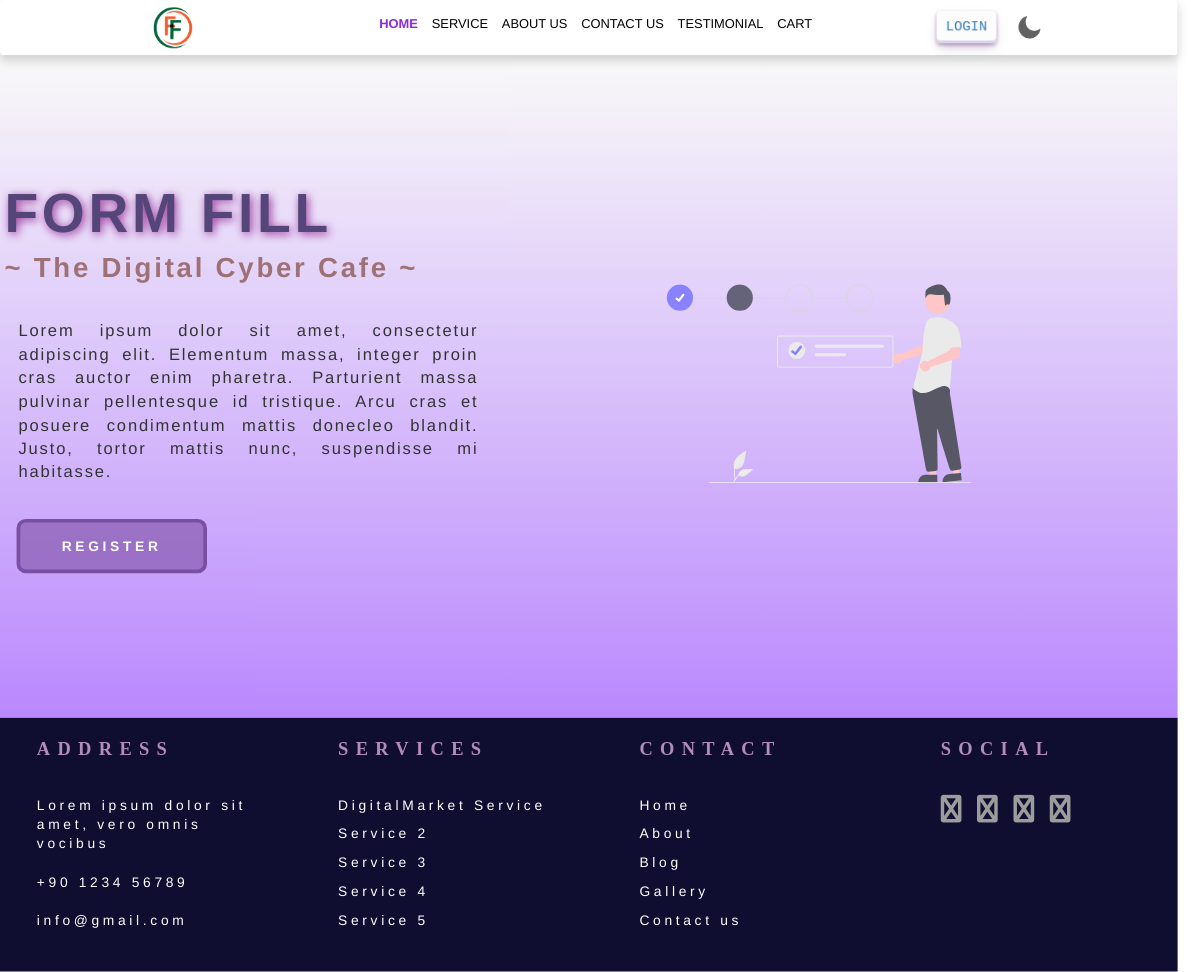
Repository: codervivek5/Formfil
Page: index.html
The author's editor kept a copy of each file at every save. The page is drawn from the files as they stood at one save, then again after a run of saves.
The browser window is 1280 px wide. The page is 1295 px wide, so the pictures cover 1295 px, including what lies to the right of the window. The pictures show the whole page, at 92% of full size.
Some web fonts or font styles are not loaded; a fallback is used.

Above is the page before, as saved 2023-03-04 21:01:55.

### index.html
<!DOCTYPE html>
<html lang="en">

<head>
	<meta charset="UTF-8" />
	<meta http-equiv="X-UA-Compatible" content="IE=edge" />
	<meta name="viewport" content="width=device-width, initial-scale=1.0" />
	<title>Home-FormFil</title>
	<link rel="stylesheet" href="style/style.css" />
     <link rel="stylesheet" href="style/theme.css">

	<link rel="stylesheet" href="https://maxcdn.bootstrapcdn.com/bootstrap/3.4.1/css/bootstrap.min.css">
	<script src="https://ajax.googleapis.com/ajax/libs/jquery/3.6.0/jquery.min.js"></script>
     <script src="https://maxcdn.bootstrapcdn.com/bootstrap/3.4.1/js/bootstrap.min.js"></script>

	<link rel="stylesheet" href="https://fonts.googleapis.com/css?family=Trirong" />
	<link rel="icon" type="image/x-icon" href="./img/crop_logo.png" />
	<link rel="stylesheet" href="https://cdnjs.cloudflare.com/ajax/libs/font-awesome/6.2.1/css/all.min.css">
</head>

<body>

    <div class="loader">
          <img class= "imgload" src="img/logo.png"  alt="">
     </div>

     <header class="navbar">
      <a href="index.html"><img class="logo" src="img/logo.png" width="100px" height="100px" /></a>

      <div class="navbar-opt">
        <ul class="navbar-list">
          <li><a href="index.html" class="nav-link active">HOME</a></li>
          <li><a href="pages/service.html" class="nav-link">SERVICE </a></li>
          <li><a href="pages/about_us.html" class="nav-link">ABOUT US </a></li>
          <li><a href="pages/contact-us.html" class="nav-link">CONTACT US </a></li>
          <li><a href="pages/testimonial.html" class="nav-link">TESTIMONIAL</a></li>
          <li><a href="pages/cart.html" class="nav-link">CART</a></li>
        </ul>
      </div>

      <div class="fixed-buttons">
        <button><a href="pages/login.html" class="lgn">LOGIN</a></button>
        <img src="img/moon.png" id="icon">
      </div>

      <div class="mobile-menu">
        <ion-icon name="menu-outline" class="menu-icon"></ion-icon>
        <ion-icon name="close-outline" class="menu-icon"></ion-icon>
      </div>

     </header>

	<div class="main">

		<div class="container">
			<div class="content">
				<h1>FORM FILL</h1>
				<h2>~ The Digital Cyber Cafe ~</h2>
				<p class="para">
					Lorem ipsum dolor sit amet, consectetur adipiscing elit.
          Elementum massa, integer proin cras auctor enim pharetra.
					Parturient massa pulvinar pellentesque id tristique.
          Arcu cras et posuere condimentum mattis donecleo blandit.
          Justo, tortor mattis nunc, suspendisse mi habitasse.
				</p>
				<div class="btn">
					<a href="pages/signup.html"> <button class="btn1 button">REGISTER</button></a>
				</div>
			</div>
			<div class="shipp">
				<img src="img/svg.svg" />
        <!-- <img src="img/formfilSvg.svg" /> -->
			</div>
		</div>
	</div>

<!-- footer section -->
<footer>
    <div>
        <div class="row">
            <div class="col-lg-3 col-md-5 col-sm-4 col-xs-12">
                <ul class="adress">
                     <span>Address</span>
                     <li>
                        <p>Lorem ipsum dolor sit amet, vero omnis vocibus</p>
                      </li>

                      <li>
                        <p>+90 1234 56789</p>
                      </li>

                      <li>
                        <p>info@gmail.com</p>
                      </li>
                 </ul>
            </div>
            <div class="col-lg-3 col-md-5 col-sm-4 col-xs-12">
               <ul class="service">
                    <span>Services</span>
                    <li>
                       <a href="#">DigitalMarket Service</a>
                     </li>

                     <li>
                        <a href="#">Service 2</a>
                     </li>

                     <li>
                       <a href="#">Service 3</a>
                     </li>

                     <li>
                        <a href="#">Service 4 </a>
                     </li>

                     <li>
                       <a href="#">Service 5</a>
                    </li>
               </ul>
           </div>
            <div class="col-lg-3 col-md-3 col-sm-4 col-xs-12">
                <ul class="contact">
                     <span>Contact</span>
                     <li>
                        <a href="index.html">Home</a>
                      </li>

                      <li>
                         <a href="pages/about_us.html">About</a>
                      </li>

                      <li>
                        <a href="#">Blog</a>
                      </li>

                      <li>
                         <a href="#">Gallery </a>
                      </li>

                      <li>
                        <a href="pages/contact-us.html">Contact us</a>
                     </li>
                </ul>
            </div>

            <div class="col-lg-3 col-md-3 col-sm-4 col-xs-12">
               <ul class="social">
                    <span>Social</span>
                    <li>
                         <a href="https://www.facebook.com/codervivek"  target="_blank"><i class="fa fa-facebook fa-2x"></i></a>
                    </li>

                    <li>
                         <a href="https://github.com/codervivek5" target="_blank"><i class="fa fa-github fa-2x"></i></a>
                    </li>

                    <li>
                         <a href="https://www.linkedin.com/in/codervivek/" target="_blank"><i class="fa fa-linkedin fa-2x"></i></a>
                    </li>

                    <li>
                         <a href="https://twitter.com/codervivek5" target="_blank"><i class="fa fa-twitter fa-2x"></i></a>
                    </li>

                    <li>
                         <a href="https://www.youtube.com/codervivek" target="_blank"><i class="fa fa-youtube-play fa-2x"></i></a>
                   </li>
                  </ul>
            </div>
       </div>
    </div>
    <button class="back-to-top hidden">
     <svg
     xmlns="http://www.w3.org/2000/svg"
     class="back-to-top-icon"
     fill="none"
     viewBox="0 0 24 24"
     stroke="currentColor"
   >
     <path
       stroke-linecap="round"
       stroke-linejoin="round"
       stroke-width="2"
       d="M7 11l5-5m0 0l5 5m-5-5v12"
     />
   </svg></button>
</footer>


<script>

     // Javascript Code for Dark Mode Switch
	var icon = document.getElementById("icon");
	icon.onclick = function(){
		document.body.classList.toggle("dark-mode");
		if (document.body.classList.contains("dark-mode")){
			icon.src="img/sun.png";
		}
		else {
			icon.src="img/moon.png";
		}
	}
  //javascript for loader
  $(document).ready(function() {
      // Animate loader off screen
   setTimeout(function() {
    $(".loader").fadeOut("slow");
   }, 0);
  });
      // Javascript Code for Scroll to top Button
      const showOnPx = 100;
      const backToTopButton = document.querySelector(".back-to-top")

     const scrollContainer = () => {
       return document.documentElement || document.body;
      };

 document.addEventListener("scroll", () => {
   if (scrollContainer().scrollTop > showOnPx) {
     backToTopButton.classList.remove("hidden")
   } else {
     backToTopButton.classList.add("hidden")
   }
 })
 const goToTop = () => {
   document.body.scrollIntoView({
     behavior: "smooth",
   });
 };
 backToTopButton.addEventListener("click", goToTop);

 const mobile_nav= document.querySelector('.mobile-menu');
const nav_header= document.querySelector(".navbar");

const toggleNav = () =>{
  nav_header.classList.toggle("switchOn");
}

mobile_nav.addEventListener('click', () => toggleNav());

</script>
<script type="module" src="https://unpkg.com/ionicons@5.5.2/dist/ionicons/ionicons.esm.js"></script>
<script nomodule src="https://unpkg.com/ionicons@5.5.2/dist/ionicons/ionicons.js"></script>
</body>
</html>

### style/style.css
@import url('https://fonts.googleapis.com/css2?family=Tilt+Prism&display=swap');

body{
	margin:0;
	padding:0;
	background:black;
font-family: 'Times New Roman', Times, serif;
overflow-x: hidden;
}
.main{
	position: relative;
	height:100%;
	width:100%;
	background-position: center;
	background-repeat: no-repeat;
	background-size: cover;
	opacity: 0.8;

}
.navbar{
    padding: 0 !important;
    padding: 0 3rem;
    height: 6rem;
    display: flex;
    justify-content: space-between;
    align-items: center;
    margin-bottom: 0 !important;
    box-shadow: 0px 5px 10px #48464640 !important;
    z-index: 999;
}

.navbar-opt{
    transition: all 0.5s;
  }

  .navbar-list{
    display: flex;
    gap: 1.5rem;
    list-style: none;
  }

  .fixed-buttons{
    display: flex;
    justify-content: center;
    align-items: center;
    column-gap: 1rem;
  }

  .active{
    font-weight: 700 !important;
  }

  .nav-link:link,
.nav-link:visited {
  display: inline-block;
  text-decoration: none;
  color: black;
}

.mobile-menu{
  display: none;
  background: transparent;
  cursor: pointer;
}

.menu-icon{
  width: 3.2rem;
  height: 3.2rem;
  z-index: 1000;
}

.menu-icon[name="close-outline"]{
  display: none;
}

.fixed-buttons button{
  align-items: center;
  appearance: none;
  background-color: #FCFCFD;
  border-radius: 4px;
  border-width: 0;
  box-shadow: #7b378e7b 0 2px 4px,#c1b6c4a8 0 7px 13px -3px,#D6D6E7 0 -3px 0 inset;
  box-sizing: border-box;
  color: #36395A;
  cursor: pointer;
  display: inline-flex;
  font-family: "JetBrains Mono",monospace;
  height: 3.5rem;
  justify-content: center;
  line-height: 1;
  list-style: none;
  overflow: hidden;
  padding-left: 1rem;
  padding-right: 1rem;
  position: relative;
  text-align: left;
  text-decoration: none;
  transition: box-shadow .15s,transform .15s;
  user-select: none;
  -webkit-user-select: none;
  touch-action: manipulation;
  white-space: nowrap;
  will-change: box-shadow,transform;
  font-size: 1.5rem;
}

.fixed-buttons button:focus {
    box-shadow: #D6D6E7 0 0 0 1.5px inset, rgba(45, 35, 66, 0.4) 0 2px 4px, rgba(45, 35, 66, 0.3) 0 7px 13px -3px, #D6D6E7 0 -3px 0 inset;
  }

  .fixed-buttons button:hover {
    box-shadow: rgba(45, 35, 66, 0.4) 0 4px 8px, rgba(45, 35, 66, 0.3) 0 7px 13px -3px, #D6D6E7 0 -3px 0 inset;
    transform: translateY(-2px);
  }

  .fixed-buttons button:active {
    box-shadow: #D6D6E7 0 3px 7px inset;
    transform: translateY(2px);
  }

@media (max-width:1220px){
    .navbar-list{
      gap: 0.3rem;
    }
  }

  @media (max-width:1030px){
    .mobile-menu{
      display: block;
    }

    .navbar{
      padding: 0 1rem;
      position: relative;
    }

    .navbar-opt{
      width: 100vw;
      height: 100vh;
      background-color: #484646dd;
      position: absolute;
      top: 0;
      left: 0;
      display: flex;
      justify-content: center;
      /* transform: translateY(100%); */
      transition: all 0.5s linear;
      opacity: 0;
      visibility: hidden;
      pointer-events: none;
    }

    .navbar-list{
      flex-direction: column;
      align-items: center;
      justify-content: center;
      font-size: 1.7rem;
      font-weight: 500;
    }

    .switchOn .navbar-opt{
      opacity: 1;
      visibility: visible;
      pointer-events: auto;
    }

    .switchOn .mobile-menu .menu-icon[name="close-outline"]{
      display: block;
    }

    .switchOn .mobile-menu .menu-icon[name="menu-outline"]{
      display: none;
    }

  }

  .nav-link:hover{
    color: grey !important;
  }

    /* ____________________________________________________________________________________________________________ */

.container{
    display: flex;
    justify-content: space-between;
    align-items: center;
    position: relative;
    top: 20vh;
    padding: 0px 25px;
}
.shipp{
  padding-left: 50px;
}
.shipp img{
    width: 60vh;
}
.content{
  display: flex;
  flex-direction: column;
  margin-left: -110px;
}
.content h1{
    color: #2a1958;
    text-shadow: 2px 2px 10px purple;
    font-size: 6rem;
    letter-spacing: 4px;
    margin-top: -5px;
    font-weight: bold;
}
.content h2{
  color: rgba(0, 0, 0, 0.87);
	width:100%;
  font-weight: bold;
  margin-top: -1px;
  letter-spacing: 3px;
}
.content .para{
  color: black;
	width:100%;
  text-align: justify;
  font-size: 18px;
  margin-top: 30px;
  padding-left: 60px;
  letter-spacing: 2px;

}
.content .btn{
  text-align: left;
  margin-left: 45px;
  margin-top: 20px;
}
.content button{
    padding: 15px 45px;
    border-radius: 10px;
    border: none;
    background-color: rgba(90, 34, 139,0.6) !important;
    border: 4px solid rgba(90, 34, 139);
    color: white !important;
    font-weight: bold !important;
    letter-spacing: 4px;
    font-size: 15px !important;
    transition: transform .2s;
}
.btn1:hover{
  transform: scale(1.15);
  background-color: rgba(90, 34, 139,0.2) !important;
  color: white !important;
}

@media only screen and (max-width: 1300px){
    .shipp img{
      width: 50vw;
      height: 30vh;
  }
  }

  @media only screen and (max-width: 500px){
    .container{
      display: flex;
      flex-direction: column;
      padding: 0 !important;
      margin: 0 !important;
    }
    .content{
      width: 100vw;
      display: flex;
      flex-direction: column;
      justify-content: center;
      align-items: center;
      padding: 0 !important;
      margin: 0 !important;
    }
    .shipp img{
      width: 50vw;
      height: 40vh;
  }
  .content h1{
    font-size: 3rem;
  }
  .content h2{
    font-size: 2rem;
  }
  .content .para{
    font-size: 1.5rem;
  }
  }
/* footer */
footer{
     background-color: #0f0e31;
     padding:20px 0px;
     z-index: 1;
}

footer ul li{
    padding:5px 0px;
}

.adress span , .contact span , .social span, .service span{
   color: #FFF;
   font-weight: 800;
   padding-bottom: 10px;
   margin-bottom: 20px;
   display: block;
   text-transform: uppercase;
   font-size: 20px;
   letter-spacing: 3px;
}

.adress li p , .contact li a , .social li a, .service li a{
    color:#FFF;
    letter-spacing: 2px;
    text-decoration:none;
    font-size:15px;
    font-style: sans-serif;
}

.social li{
    float:left;
}

.adress , .contact , .social , .service{
    list-style: none;
}

.fa{
    color:#9c9c9c;
    margin-right: 15px;
    font-size:24px;
}
.service span{
    letter-spacing: 8px;
    font-family:'Tilt Prism', cursive;
    color:rgb(179,140,189);
}
.contact span{
    letter-spacing: 8px;
    font-family: 'Tilt Prism', cursive;
    color:rgb(179,140,189);

}
.adress span{
    letter-spacing: 8px;
    font-family:'Tilt Prism', cursive;
    color:rgb(179,140,189);
}
.social span{
    letter-spacing: 8px;
    font-family:'Tilt Prism', cursive;
    color:rgb(179,140,189);
}
.service a{
    letter-spacing: 4px !important;
    position: relative;
    transition: all 0.5s ease;
    -webkit-transition: all 0.5s ease;
}
.service a:hover {
    color: rgb(137,130,255) !important;
    transition: all 1s ease;
    -webkit-transition: all 1s ease;
}

 .service a:before, .service a:after {
  content: '';
  position: absolute;
  width: 0%;
  height: 1px;
  bottom: -1px;
  background:rgb(204,214,246);
}

.imgload{
	height: 25%;
	width: 15%;

}
.loader{
    position: fixed;
    z-index: 1;
    top: 0;
    left: 0;
    background: #7b378ec4;
    height: 100%;
    width: 100%;
    display: flex;
    justify-content: center;
    align-items: center;
  }

  .loader.hidden{
    animation: fadeOut 2s forwards;
  }
  @keyframes fadeOut {
    100%{
      opacity: 100%;
      visibility: hidden;
    }
  }



.adress p{
    letter-spacing: 4px !important;
    position: relative;
    transition: all 0.5s ease;
    -webkit-transition: all 0.5s ease;
}
.adress p:hover {
    color: rgb(14, 214, 3) !important;
    transition: all 1s ease;
    -webkit-transition: all 1s ease;
}
.contact a{
    letter-spacing: 4px !important;
    position: relative;
    transition: all 0.5s ease;
    -webkit-transition: all 0.5s ease;
}
.contact a:hover {
    color: rgb(212, 1, 227) !important;
    transition: all 1s ease;
    -webkit-transition: all 1s ease;
}
.social i{
    position: relative;
}
.social i:hover {
    color: rgb(15, 3, 252) !important;
    transition: all 1s ease;
    -webkit-transition: all 1s ease;
}
.back-to-top {
    position: fixed;
    right: 2rem;
    bottom: 2rem;
}
.hidden {
    display: none;
        opacity: 0%;

  }
.back-to-top {
    position: fixed;
    right: 2rem;
    bottom: 2rem;
    border-radius: 100%;
    background: gray;
    padding: 1.5rem;
    border: none;
    cursor: pointer;
    opacity: 100%;
    transition: opacity 0.5s;
  }
  .back-to-top-icon {
    width: 2rem;
    height: 2rem;
    color: white;
  }
  .back-to-top:hover {
    opacity: 60%;
  }

.footerpart{
	text-align: center;
}







    /* ____________________________________________________________________________________________________________ */

### style/theme.css
:root{
	--color--main: linear-gradient(rgba(244, 245, 243, 0.712),rgba(159, 90, 253,0.9));
	--color--footer: rgb(119, 5, 100);
	--color--h1: #2a1958;
	--color--h2: rgba(122, 60, 60, 0.87);
	--color--p: black;
	--color--btn: #2a1958;
	--color--nav: black;
	--color--nav_before:#2a1958;
	--color--customnav: white;
}
.dark-mode{
	--color--main: linear-gradient(#4b075ac4,rgba(28, 1, 41, 0.712));
	--color--footer: rgb(65, 3, 55);
	--color--h1: rgb(255, 255, 255);
	--color--h2: rgb(233, 233, 233);
	--color--p: white;
	--color--btn: #130735;
	--color--nav: rgb(215, 244, 248);
	--color--nav_before:rgb(215, 244, 248);
	--color--customnav: rgb(174, 147, 180);
}
#icon{
	width: 30px;
	cursor: pointer;
	margin: 10px;
}
.main{
	position: relative;
	height:100vh;
	width:100%;
	background:var(--color--main);
	background-position: center;
	background-repeat: no-repeat;
	background-size: cover;
	opacity: 0.8;
}
.navbar{
	background-color: var(--color--customnav);
}

.nav-link{
	color: var(--color--p) !important;
}

.active{
	color: blueviolet !important;
}
.content h1{
    color:var(--color--h1);
margin-left: 8%;
}
.content h2{
    color: var(--color--h2);
    margin-left: 8%;
}
.content .para{
    color: var(--color--p);
}
.content .btn1 {
    background-color: var(--color--btn);
    color:honeydew;

}
.footer{
	background-color:var(--color--footer);
	display: block;
	justify-content: center;
	align-items: center;
	width: 100%;
	height: 40vh;

}

After the next 2 saves:
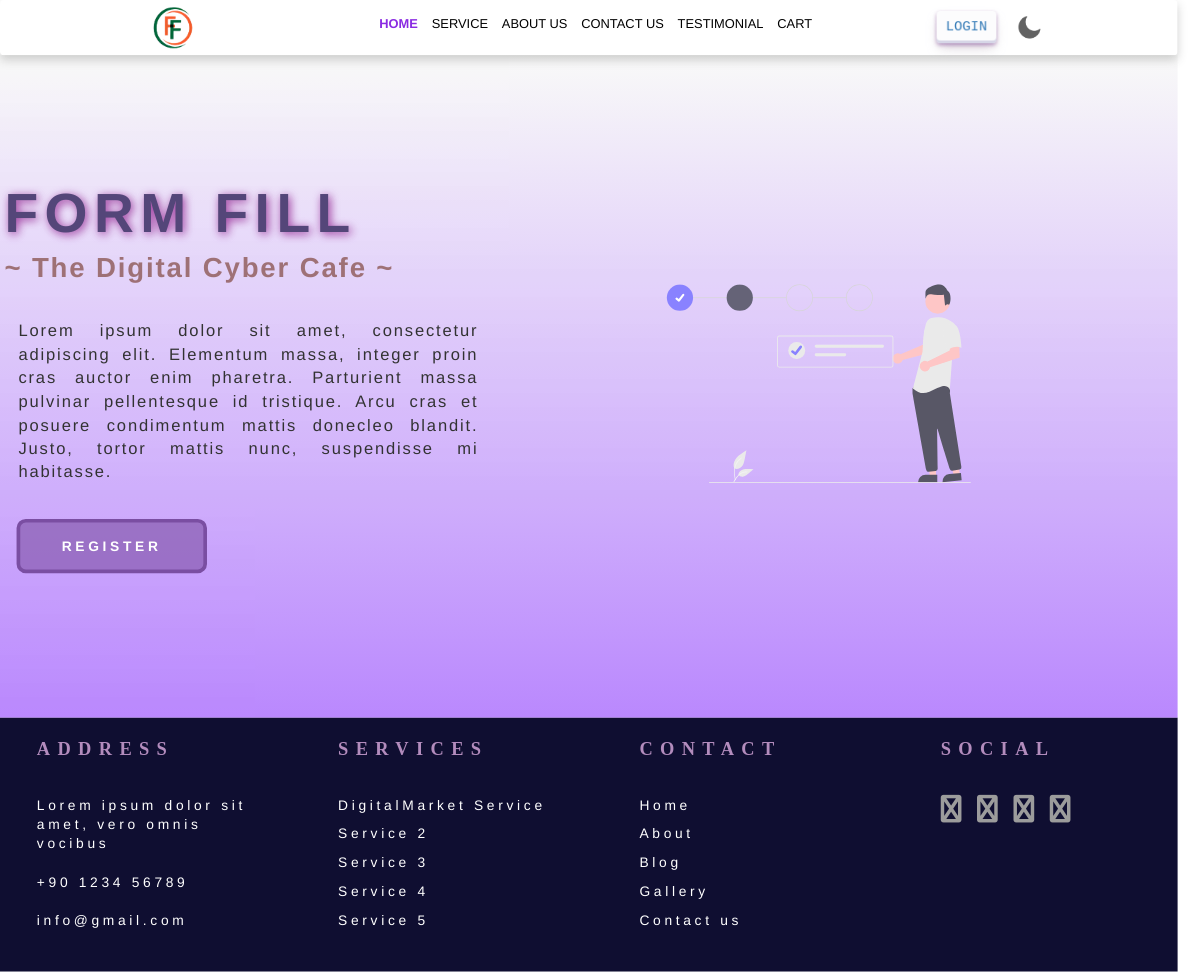
The 2 saves are shown as one change because they came seconds apart.
The last was saved 12 s later.
--- a/style/style.css
+++ b/style/style.css
@@ -203,7 +203,7 @@ overflow-x: hidden;
     color: #2a1958;
     text-shadow: 2px 2px 10px purple;
     font-size: 6rem;
-    letter-spacing: 4px;
+    letter-spacing: 7px;
     margin-top: -5px;
     font-weight: bold;
 }
@@ -212,7 +212,7 @@ overflow-x: hidden;
 	width:100%;
   font-weight: bold;
   margin-top: -1px;
-  letter-spacing: 3px;
+  letter-spacing: 2px;
 }
 .content .para{
   color: black;
